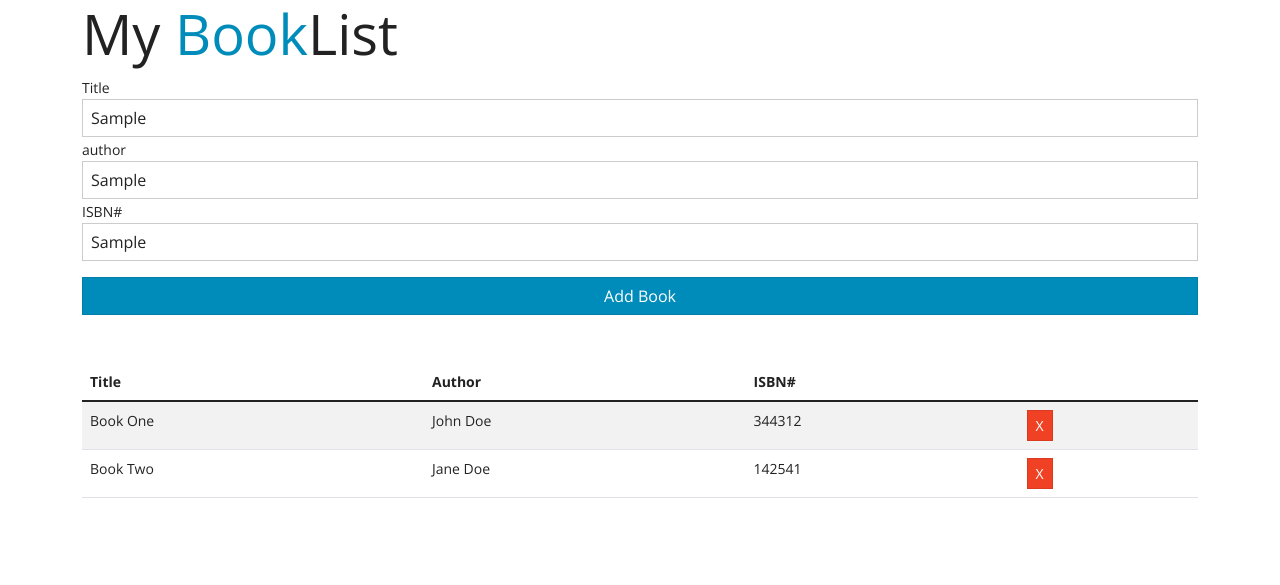
Repository: Fauzaanmhmd/vanillaBookList
Page: index.html
The author's editor kept a copy of each file at every save. The page is drawn from the files as they stood at one save, then again after the next save.
The browser window is 1280 px wide. The pictures show the whole page.
Empty fields were first filled with sample values (such as "Sample", 5 or name@example.com).
After loading, the first visible `#book-form` was submitted once.

Above is the page before, as saved 2022-02-15 03:33:23.

### index.html
<!DOCTYPE html>
<html lang="en">

<head>
    <meta charset="UTF-8">
    <meta http-equiv="X-UA-Compatible" content="IE=edge">
    <meta name="viewport" content="width=device-width, initial-scale=1.0">
    <link rel="stylesheet" type="text/css" href="bootstrap.min.css">
    <title>My BookList App</title>
</head>

<body>
    <div class="container">
        <h1 class="display-4">My <span class="text-primary">Book</span>List</h1>
        <form action="" id="book-form">
            <div class="form-group">
                <label for="title">Title</label>
                <input type="text" id="title" class="form-control">
            </div>
            <div class="form-group">
                <label for="author">author</label>
                <input type="text" id="author" class="form-control">
            </div>
            <div class="form-group">
                <label for="isbn">ISBN#</label>
                <input type="text" id="isbn" class="form-control">
            </div>
            <input type="submit" value="Add Book" class="btn btn-primary col-12 mt-3">
        </form>
        <table class="table table-striped mt-5">
            <thead>
                <tr>
                    <th>Title</th>
                    <th>Author</th>
                    <th>ISBN#</th>
                </tr>
            </thead>
            <tbody id="book-list"></tbody>
        </table>
    </div>
    <script src="main.js"></script>
</body>

</html>

### main.js
// Book Class: Represents a Book

class Book {
    constructor(title, author, isbn) {
        this.title = title;
        this.author = author;
        this.isbn = isbn;
    }
}

// UI Class: Handle UI Tasks

class UI {
    static displayBooks() {
        const StoredBooks = [
            {
                title: 'Book One',
                author: 'John Doe',
                isbn: '344312'
            },
            {
                title: 'Book Two',
                author: 'Jane Doe',
                isbn: '142541'
            }
        ];

        const books = StoredBooks;

        books.forEach((book) => UI.addBookToList(book));
    }

    static addBookToList(book) {
        const list = document.querySelector('#book-list');

        const row = document.createElement('tr');

        row.innerHTML = `
        <td>${book.title}</td>
        <td>${book.author}</td>
        <td>${book.isbn}</td>
        <td><a href="#" class="btn btn-danger btn-sm delete">X</a></td>
        `;

        list.appendChild(row);
    }
}

// Store Class: Handle Storage

// Event: Display Books
document.addEventListener('DOMContentLoaded', UI.displayBooks);

// Event: Add a Book
document.querySelector('#book-form').addEventListener('submit', (e) => {
    // prevent actual submit
    e.preventDefault();

    // Get form values
    const title = document.querySelector('#title').value;
    const author = document.querySelector('#author').value;
    const isbn = document.querySelector('#isbn').value;

    // Instatiate Book
    const book = new Book(title, author, isbn);
    console.log(book);

});
// Event: Remove a Book

Loaded but not shown: bootstrap.min.css (library)

After the next save:
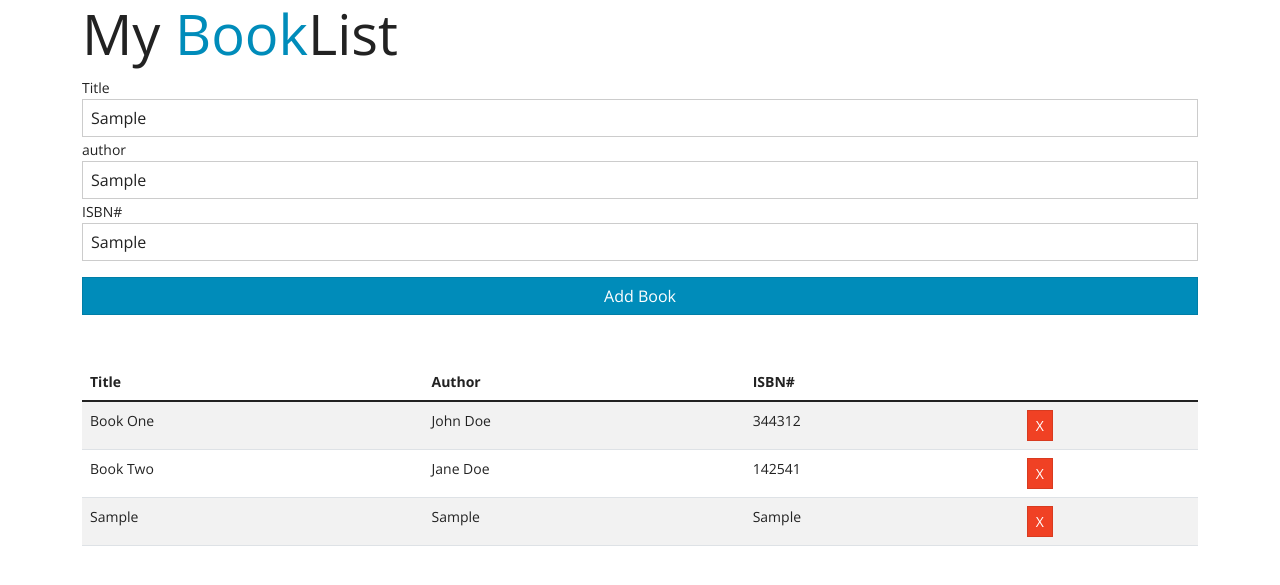
Saved 60 s later.
--- a/main.js
+++ b/main.js
@@ -63,7 +63,9 @@ document.querySelector('#book-form').addEventListener('submit', (e) => {
 
     // Instatiate Book
     const book = new Book(title, author, isbn);
-    console.log(book);
+
+    // Add Book to UI
+    UI.addBookToList(book);
 
 });
 // Event: Remove a Book
